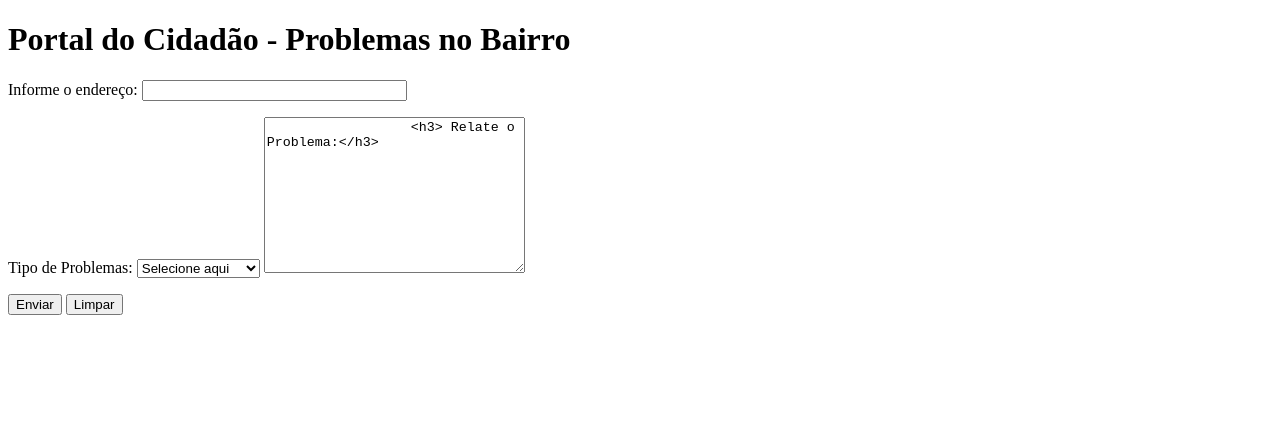
Repository: Marcelinalima/Java_JSP
Page: formulario_ex/src/main/webapp/reclamacoes.html
These files come from the project's save history. The page is drawn as it stood at one moment and after the next save; the edit follows.
The browser window is 1280 px wide. The pictures show the whole page.

Above is the page before, as saved 2023-04-17 15:46:54.

### formulario_ex/src/main/webapp/reclamacoes.html
<!DOCTYPE html>
<html>
<head>
<meta charset="UTF-8">
<title>Portal Cidadão</title>
</head>
<body>
    <h1>Portal do Cidadão - Problemas no Bairro</h1>

    <form action="/Formulario_ex/ReclamacoesServelet" method="post"></form>

      <p>Informe o endereço: <input type="text" name="p_nome" size="30" /></p>

		<label for= "tipo de problemas">Tipo de Problemas:</label>
		<select name="Tipo de problema">
		<option selected="selected" disabled>Selecione aqui</option>
		<option value="hospitais"> Hospitais</option>
		<option value="centro de saude">Centro de Saúde</option>
		<option value="praias">Praias</option>
		<option value="ruas">Ruas</option>
		<option value="escolas">Escolas</option>
	    </select>

		 <textarea name="message" rows="10" cols="30">
		  <h3> Relate o Problema:</h3>
		 </textarea>


		<p>
			<input type="submit" value="Enviar" />
			<input type="reset" value="Limpar" />
		</p>




</body>
</html>

After the next save:
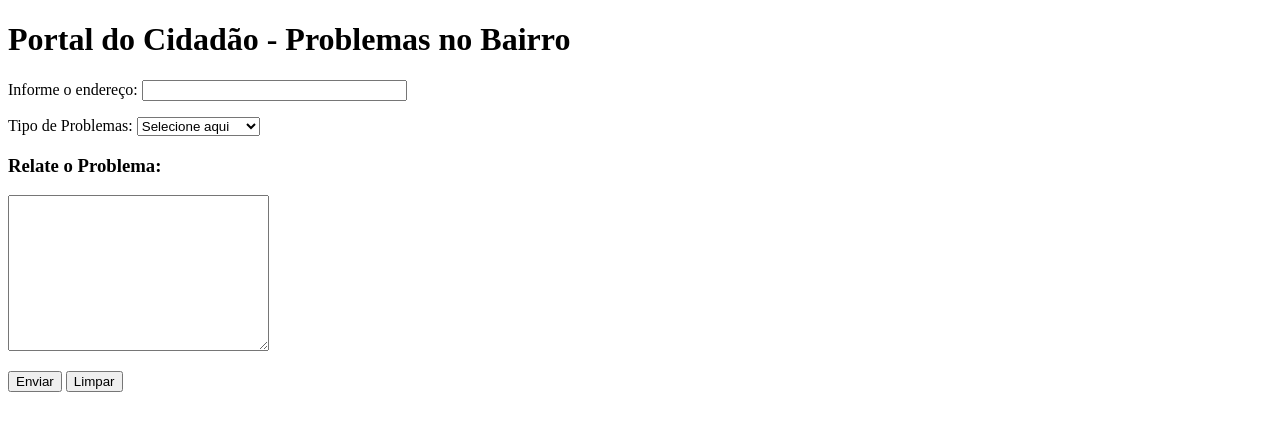
Saved 35 s later.
--- a/formulario_ex/src/main/webapp/reclamacoes.html
+++ b/formulario_ex/src/main/webapp/reclamacoes.html
@@ -21,8 +21,9 @@
 		<option value="escolas">Escolas</option>
 	    </select>
 
+	     <h3> Relate o Problema:</h3>
 		 <textarea name="message" rows="10" cols="30">
-		  <h3> Relate o Problema:</h3>
+
 		 </textarea>
 
 
